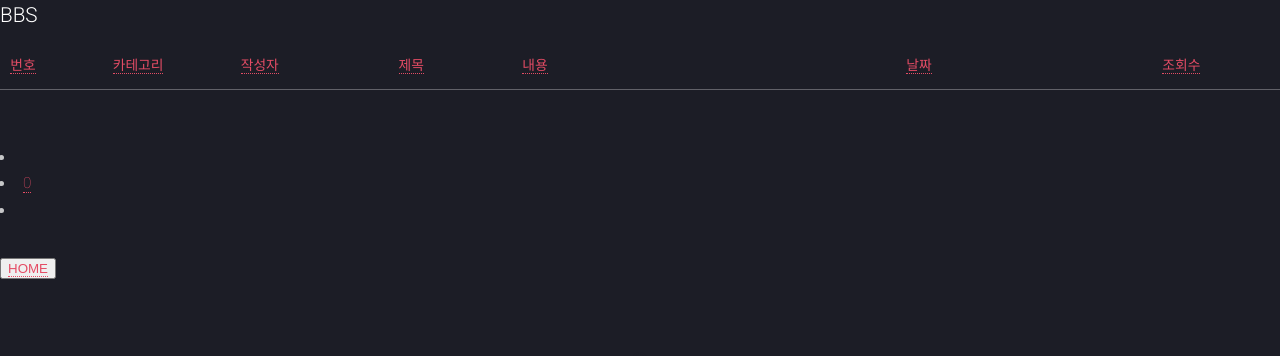
Repository: worMholEamkim/SpringEX
Page: http://localhost/bbs/bbs.do?page=0
An editor plug-in stored every save of this project. The page is shown before and after the next save, followed by the edit.
The browser window is 1280 px wide. The pictures show the whole page.
The page is served by Tomcat 9. Other server files are loaded and not shown. Queries for data that is not in the repository find no rows.

Above is the page before, as saved 2019-03-15 03:14:39.

### JSP_WepPage_Server-master.zip_expanded/JSP_WepPage_Server-master/bbs/WebContent/WEB-INF/bbs.jsp
<%@ page language="java" contentType="text/html; charset=UTF-8"
    pageEncoding="UTF-8"%>
<%@ taglib prefix="c" uri="http://java.sun.com/jsp/jstl/core"%>
<!DOCTYPE HTML>
<html>
	<head>
		<title>Landed by HTML5 UP</title>
		<meta charset="utf-8" />
		<meta name="viewport" content="width=device-width, initial-scale=1, user-scalable=no" />
		<link rel="stylesheet" href="assets/css/main.css" />
	</head>
		<body class="is-preload landing">
						<!-- Table -->
							<section>
								<h3>BBS</h3>
								<div class="table-wrapper">
									<table>
										<thead>
											<tr>
												<th width="8%" align="center">
													<a href='bbs.do?id=BBSID'>번호</a></th>
												<th width="10%" align="center">
													<a href='bbs.do?id=BBSCATEGORY'>카테고리</a></th>
												<th align="center">
													<a href='bbs.do?id=ID'>작성자</a></th>
												<th align="center">
													<a href='bbs.do?id=BBSTITLE'>제목</a></th>
												<th width="30%" align="center">
													<a href='bbs.do?id=BBSCONTENT'>내용</a></th>
												<th width="20%" align="center">
													<a href='bbs.do?id=BBSDATE'>날짜</a></th>
												<th width="10%" align="center">
													<a href='bbs.do?id=BBSHIT'>조회수</a></th>

											</tr>
										</thead>
										<tbody>
											<c:forEach var="bbs" items="${list}" >
												<td align="center"><a href='bbsview.do?id=${bbs.bbsId}'>${bbs.bbsId}</a></td>
												<td align="right"><c:choose>
													<c:when test="${bbs.bbsCategory=='math'}">수학</c:when>
													<c:when test="${bbs.bbsCategory=='enjoy'}">여행</c:when>
													<c:when test="${bbs.bbsCategory=='pic'}">사진</c:when>
													<c:when test="${bbs.bbsCategory=='java'}">java</c:when>
													<c:when test="${bbs.bbsCategory=='web'}">웹프로그래밍</c:when>
													<c:when test="${bbs.bbsCategory=='estate'}">부동산</c:when>
													<c:when test="${bbs.bbsCategory=='food'}">음식</c:when>
													<c:when test="${bbs.bbsCategory=='common'}">상식</c:when>

													</c:choose></td>
												<td align="right">${bbs.id}</td>
												<td align="right"><a href='bbsview.do?id=${bbs.bbsId}'>
														<b>${bbs.bbsTitle}</b> </a></td>
												<td align="right"><a href='bbsview.do?id=${bbs.bbsId}'>
														<b>${bbs.bbsContent} </b></a></td>
												<td align="right">${bbs.bbsDate}</td>
												<td align="right">${bbs.bbsHit}</td>
												</tr>
											</c:forEach>
										</tbody>

										<tfoot>
											<tr>
												<td colspan="2"></td>
											</tr>
										</tfoot>
									</table>
									<ul class="pager">
										<li class="previous">
											<c:if test='${startPage>1}'>
												<!--  test 뒷부분에 조건을 단다  -->
												<a href='bbs.do?page=${startPage-10}'>이전</a>
											</c:if>
										</li>
										<li>
											<c:forEach begin="${startPage}" end="${endPage}" var="p">
												<a href='bbs.do?page=${p}'>${p}</a>
											</c:forEach>
										</li>
										<li class="next">
											<c:if test='${hasNext==true}'>
												<a href='bbs.do?page=${startPage+10}'>다음</a>
											</c:if>
										</li>
									</ul>
								</div>
								<c:if test='${sessionID!=null}'>
									<div class="w3-panel">
										<button class="w3-button w3-block  w3-black">
											<a href='bbsupload2.do'>WRITE</a>
										</button>
									</div>
								</c:if>
								<div class="w3-panel">
									<button class="w3-button w3-block w3-indigo">
										<a href='home.do'>HOME</a>
									</button>
								</div>
								<div align="center">

									<c:if test='${resultBbs >= 1}'>
										<div class="w3-panel">
											<button class="w3-button w3-black" width="10%">
												글쓰기 성공
											</button>
										</div>
									</c:if>
									<c:if test='${resultBbs < 1}'>
										<div class="w3-panel">
											<button class="w3-button w3-red" width="10%">
											 글쓰기 실패
											</button>
										</div>
									</c:if>

									<c:if test='${deleteResult >= 1}'>
										<div class="w3-panel">
											<button class="w3-button w3-black" width="10%">
												글삭제 성공
											</button>
										</div>
									</c:if>
									<c:if test='${deleteResult < 1}'>
										<div class="w3-panel">
											<button class="w3-button w3-red" width="10%">
											 글삭제 실패
											</button>
										</div>
									</c:if>

										<c:if test='${updateBbsResult >= 1}'>
										<div class="w3-panel">
											<button class="w3-button w3-black" width="10%">
												글수정 성공
											</button>
										</div>
									</c:if>
									<c:if test='${updateBbsResult < 1}'>
										<div class="w3-panel">
											<button class="w3-button w3-red" width="10%">
											 글수정 실패
											</button>
										</div>
									</c:if>
								</div>

							</section>








		<!-- Scripts -->
			<script src="assets/js/jquery.min.js"></script>
			<script src="assets/js/jquery.scrolly.min.js"></script>
			<script src="assets/js/jquery.dropotron.min.js"></script>
			<script src="assets/js/jquery.scrollex.min.js"></script>
			<script src="assets/js/browser.min.js"></script>
			<script src="assets/js/breakpoints.min.js"></script>
			<script src="assets/js/util.js"></script>
			<script src="assets/js/main.js"></script>


	</body>
</html>

### JSP_WepPage_Server-master.zip_expanded/JSP_WepPage_Server-master/bbs/src/com/jsp/controller/BbsController.java
package com.jsp.controller;

import java.io.IOException;
import java.util.List;

import javax.servlet.RequestDispatcher;
import javax.servlet.ServletException;
import javax.servlet.http.HttpServlet;
import javax.servlet.http.HttpServletRequest;
import javax.servlet.http.HttpServletResponse;

import com.jsp.dao.BbsDao;
import com.jsp.dto.BbsDto;

public class BbsController extends HttpServlet {

	@Override
	protected void doGet(HttpServletRequest req, HttpServletResponse resp) throws ServletException, IOException {
		process(req, resp);
	}

	@Override
	protected void doPost(HttpServletRequest req, HttpServletResponse resp) throws ServletException, IOException {
		process(req, resp);
	}
	private void process(HttpServletRequest req, HttpServletResponse resp) throws ServletException, IOException {

		String page = req.getParameter("page");
		String bbsColum = req.getParameter("id");

		if(bbsColum==null || bbsColum.trim().contentEquals("")) {
			bbsColum="BBSID";
		}
		if(page==null || page.trim().contentEquals("")) {
			page="1";
		}
		int nowPage = Integer.parseInt(page);

		int startNum = 0;

		int endNum = 0;

		int perpage = 20;

		endNum = 0;
		startNum = endNum - 19;

		BbsDao bbsDao = BbsDao.getInstance();
		List<BbsDto> list = bbsDao.selectAll(startNum, perpage);

		req.setAttribute("list", list);


		RequestDispatcher rd = req.getRequestDispatcher(
				"/WEB-INF/bbs.jsp");
		rd.forward(req, resp);
	}
}

### JSP_WepPage_Server-master.zip_expanded/JSP_WepPage_Server-master/bbs/src/com/jsp/dao/BbsDao.java
package com.jsp.dao;

import java.sql.Connection;
import java.sql.DriverManager;
import java.sql.PreparedStatement;
import java.sql.ResultSet;
import java.sql.SQLException;
import java.util.ArrayList;
import java.util.List;

import com.jsp.dto.BbsDto;

public class BbsDao {

	private static BbsDao bbsDao;
	private Connection conn;
	private PreparedStatement pstmt;
	private int result;
	private ResultSet rs;
	private List<BbsDto> bbsList;


	private BbsDao() {
	}



	public static synchronized BbsDao getInstance() {
		if(bbsDao == null) {
			bbsDao = new BbsDao();
	}
		return bbsDao;
	}
	public Connection getConnect() {
		String url = "jdbc:oracle:thin:@localhost:1521:xe";
		String id = "BIG";
		String pw ="1234";
		try {
			Class.forName("core.log.jdbc.driver.OracleDriver");
			conn = DriverManager.getConnection(url, id, pw);

		} catch(ClassNotFoundException e) {
			e.printStackTrace();
		} catch(SQLException e) {
			e.printStackTrace();
		}
		return conn;
	}

	public BbsDto selectById(String id) {

		// id 확인
		//System.out.println("dao에서 id = " + id);
		BbsDto bbsDto = new BbsDto();
		//System.out.println("왜");
		conn = this.getConnect();
		//System.out.println("에러가난거야 쉬뱌ㅠㅠ");

		StringBuffer query = new StringBuffer();
		query.append("SELECT *");
		query.append(" FROM BBS");
		query.append(" WHERE BBSID=? ");

		try {
			//System.out.println("양심적으로 try문은 들어가야지?");
			pstmt = conn.prepareStatement(query.toString());
			pstmt.setString(1, id);

			//System.out.println("설마 여긴가?");
			rs = pstmt.executeQuery();
			// rs 확인
			//System.out.println("dao에서 " + rs);
			while (rs.next()) {

				bbsDto.setId(rs.getString("ID"));
				bbsDto.setBbsId(rs.getString("BBSID"));
				bbsDto.setBbsTitle(rs.getString("BBSTITLE"));
				bbsDto.setBbsDate(rs.getString("BBSDATE"));
				bbsDto.setBbsCategory(rs.getString("BBSCATEGORY"));
				bbsDto.setBbsContent(rs.getString("BBSCONTENT"));
				bbsDto.setBbsHit(rs.getString("BBSHIT"));
				//System.out.println(bbsDto.toString());
			}
		} catch (SQLException e) {

		} finally {
			this.close(conn, pstmt, null);
		}
		return bbsDto;
	}


	public BbsDto selectBeforeById(String id) {

		BbsDto bbsDto = new BbsDto();
		conn = this.getConnect();
		StringBuffer query = new StringBuffer();

		query.append("SELECT * FROM BBS WHERE BBSID IN ");
		query.append(" ((SELECT MAX(BBSID) FROM BBS ");
		query.append(" WHERE BBSID < ? ))");
		try {
			pstmt = conn.prepareStatement(query.toString());
			pstmt.setString(1, id);
			rs = pstmt.executeQuery();

			while(rs.next()) {
				bbsDto.setId(rs.getString("ID"));
				bbsDto.setBbsId(rs.getString("BBSID"));
				bbsDto.setBbsTitle(rs.getString("BBSTITLE"));
				bbsDto.setBbsDate(rs.getString("BBSDATE"));
				bbsDto.setBbsCategory(rs.getString("BBSCATEGORY"));
				bbsDto.setBbsContent(rs.getString("BBSCONTENT"));
				bbsDto.setBbsHit(rs.getString("BBSHIT"));
			}
		} catch (SQLException e) {

		} finally {
			this.close(conn, pstmt, null);
		}
		return bbsDto;
	}


	public BbsDto selectAfterById(String id) {

		BbsDto	bbsDto = new BbsDto();
		conn = this.getConnect();
		StringBuffer query = new StringBuffer();

		query.append("SELECT * FROM BBS WHERE BBSID IN ");
		query.append(" ((SELECT MIN(BBSID) FROM BBS ");
		query.append(" WHERE BBSID > ? )) ");
		try {
			pstmt = conn.prepareStatement(query.toString());
			pstmt.setString(1, id);
			rs = pstmt.executeQuery();

			while(rs.next()) {
				bbsDto.setId(rs.getString("ID"));
				bbsDto.setBbsId(rs.getString("BBSID"));
				bbsDto.setBbsTitle(rs.getString("BBSTITLE"));
				bbsDto.setBbsDate(rs.getString("BBSDATE"));
				bbsDto.setBbsCategory(rs.getString("BBSCATEGORY"));
				bbsDto.setBbsContent(rs.getString("BBSCONTENT"));
				bbsDto.setBbsHit(rs.getString("BBSHIT"));
			}
		} catch (SQLException e) {

		} finally {
			this.close(conn, pstmt, null);
		}
		return bbsDto;
	}


	public int hitUpdate(String id) {

		conn = this.getConnect();
		StringBuffer query = new StringBuffer();
		query.append("UPDATE BBS SET BBSHIT = BBSHIT +1 WHERE BBSID=?");
			try {
				pstmt = conn.prepareStatement(query.toString());
				pstmt.setString(1, id);
				result = pstmt.executeUpdate();
			} catch(SQLException e1) {
	}
			finally {
				this.close(conn, pstmt, null);
			}
			return result;
	}

	public int hitUpdate(Connection conn, String id) {

			conn = this.getConnect();
			StringBuffer query = new StringBuffer();
			query.append("UPDATE BBS SET BBSHIT = BBSHIT +1 WHERE BBSID=?");
				try {
					pstmt = conn.prepareStatement(query.toString());
					pstmt.setString(1, id);
					result = pstmt.executeUpdate();
				} catch(SQLException e1) {
		}
				finally {
					this.close(conn, pstmt, null);
				}
				return result;
		}



	public int update(BbsDto bbsDto) {

		conn = this.getConnect();
		StringBuffer query = new StringBuffer();
		query.append("UPDATE BBS SET ");
		query.append(" BBTITLE=?, BBSCATEGORY=?, BBSCONTENT=?");
		query.append(" WHERE BBSID=?");
			try {
				pstmt = conn.prepareStatement(query.toString());
				pstmt.setString(1, bbsDto.getBbsTitle());
				pstmt.setString(2, bbsDto.getBbsCategory());
				pstmt.setString(3, bbsDto.getBbsContent());
				pstmt.setString(4, bbsDto.getBbsId());

				result = pstmt.executeUpdate();
			} catch (SQLException e1) {

			} finally {
				this.close(conn, pstmt, null);
			}
			return result;
	}


	public int insert(BbsDto bbsDto) {

		conn = this.getConnect();
		StringBuffer query = new StringBuffer();
		query.append("INSERT INTO BBS(BBSID, ID, BBSTITLE, BBSDATE, BBSCATEGORY, BBSCONTENT, BBSHIT)");
		query.append(" VALUES (bbs_seq.nextval ,? ,? ,sysdate,? ,? ,0 )");

		try {
			pstmt = conn.prepareStatement(query.toString());
			pstmt.setString(1, bbsDto.getId());
			pstmt.setString(2, bbsDto.getBbsTitle());
			pstmt.setString(3, bbsDto.getBbsCategory());
			pstmt.setString(4, bbsDto.getBbsContent());

			result = pstmt.executeUpdate();

		} catch (SQLException e) {
			e.printStackTrace();
		} finally {
			this.close(conn, pstmt, null);
		}
		return result;
	}


	public int insertOracle(BbsDto bbsDto) {

		conn = this.getConnect();
		StringBuffer query = new StringBuffer();
		query.append("INSERT INTO BBS(BBSID, ID, BBSTITLE, BBSDATE, BBSCATEGORY, BBSCONTENT, BBSHIT)");
		query.append(" VALUES(BBS_SEQ.BEXTVAL, ? ,? ,NOW(), ?, ?, 0 )");

		try {
			pstmt = conn.prepareStatement(query.toString());
			pstmt.setString(1,  bbsDto.getId());
			pstmt.setString(2,  bbsDto.getBbsTitle());
			pstmt.setString(3,  bbsDto.getBbsCategory());
			pstmt.setString(4,  bbsDto.getBbsContent());

			result = pstmt.executeUpdate();
		} catch (SQLException e) {
			e.printStackTrace();
		} finally {
			this.close(conn, pstmt, null);
		}
		return result;
	}


	public List<BbsDto> selectAll(int startNum, int perpage) {
		bbsList = new ArrayList<>();
		conn = this.getConnect();
		StringBuffer query = new StringBuffer();
		query.append("SELECT T2.*");
		query.append("	FROM (SELECT ROWNUM R2, T.*");
		query.append("	FROM (SELECT BBSID, ID, substr(BBSTITLE, 1, 10) BBSTITLE, BBSDATE,");
		query.append("BBSCATEGORY, substr(BBSCONTENT, 1, 15) BBSCONTENT, BBSHIT ");
		query.append(" FROM BBS ORDER BY BBSID DESC ) T) T2 ");
		query.append("WHERE T2.R2 BETWEEN ? AND ?");

		try {
			pstmt = conn.prepareStatement(query.toString());
			pstmt.setInt(1, startNum - 1);
			pstmt.setInt(2, perpage);


			rs = pstmt.executeQuery();
			while (rs.next()) {
				BbsDto bbsDto = new BbsDto();

				bbsDto.setId(rs.getString("ID"));
				bbsDto.setBbsId(rs.getString("BBSID"));
				bbsDto.setBbsTitle(rs.getString("BBSTITLE"));
				bbsDto.setBbsDate(rs.getString("BBSDATE"));
				bbsDto.setBbsCategory(rs.getString("BBSCATEGORY"));
				bbsDto.setBbsContent(rs.getString("BBSCONTENT"));
				bbsDto.setBbsHit(rs.getString("BBSHIT"));

				bbsList.add(bbsDto);
			}
			} catch(SQLException e) {
				e.printStackTrace();
		}	return bbsList;
}


	public int delete(int id) {

		conn = this.getConnect();
		StringBuffer query = new StringBuffer();

		try {

			query.append("DELETE FROM BBS");
			query.append(" WHERE BBSID = ?");
			pstmt = conn.prepareStatement(query.toString());
			pstmt.setInt(1,  id);
			int result = pstmt.executeUpdate();

			return result;
		} catch (SQLException e) {
			e.printStackTrace();
		} finally {
			this.close(conn, pstmt, null);
		}
		return -1;
	}



	public int getTotalCount() {

		conn = this.getConnect();
		StringBuffer query = new StringBuffer();
		query.append("SELECT count(*)");
		query.append(" FROM BBS");

		try {
			pstmt = conn.prepareStatement(query.toString());
			rs = pstmt.executeQuery();

			if(rs.next()) {
				return rs.getInt("count(*)");
			}
		} catch (SQLException e) {
			e.printStackTrace();
		} finally {
			this.close(conn, pstmt, rs);
		}
		return -1;
	}


	public void close(Connection conn, PreparedStatement stmt, ResultSet rs) {
		if (rs != null) {
			try {
				rs.close();
			} catch (SQLException e) {
			}
		}
		if (stmt != null) {
			try {
				stmt.close();
			} catch (SQLException e) {
			}
		}
		if (conn != null) {
			try {
				conn.close();
			} catch (SQLException e) {
			}
		}
	}

	public static void main(String[] args) {
		BbsDao mDao = BbsDao.getInstance();
	}


}

Loaded but not shown: JSP_WepPage_Server-master.zip_expanded/JSP_WepPage_Server-master/bbs/WebContent/assets/js/jquery.min.js (library); JSP_WepPage_Server-master.zip_expanded/JSP_WepPage_Server-master/bbs/WebContent/assets/js/jquery.scrolly.min.js (common file); JSP_WepPage_Server-master.zip_expanded/JSP_WepPage_Server-master/bbs/WebContent/assets/js/jquery.dropotron.min.js (library); JSP_WepPage_Server-master.zip_expanded/JSP_WepPage_Server-master/bbs/WebContent/assets/js/jquery.scrollex.min.js (common file); JSP_WepPage_Server-master.zip_expanded/JSP_WepPage_Server-master/bbs/WebContent/assets/js/browser.min.js (common file); JSP_WepPage_Server-master.zip_expanded/JSP_WepPage_Server-master/bbs/WebContent/assets/js/breakpoints.min.js (common file); JSP_WepPage_Server-master.zip_expanded/JSP_WepPage_Server-master/bbs/WebContent/assets/css/font-awesome.min.css (library); JSP_WepPage_Server-master.zip_expanded/JSP_WepPage_Server-master/bbs/WebContent/assets/js/util.js (587 lines, source omitted); JSP_WepPage_Server-master.zip_expanded/JSP_WepPage_Server-master/bbs/WebContent/assets/js/main.js (250 lines, source omitted); JSP_WepPage_Server-master.zip_expanded/JSP_WepPage_Server-master/bbs/WebContent/assets/css/main.css (4070 lines, source omitted)

After the next save:
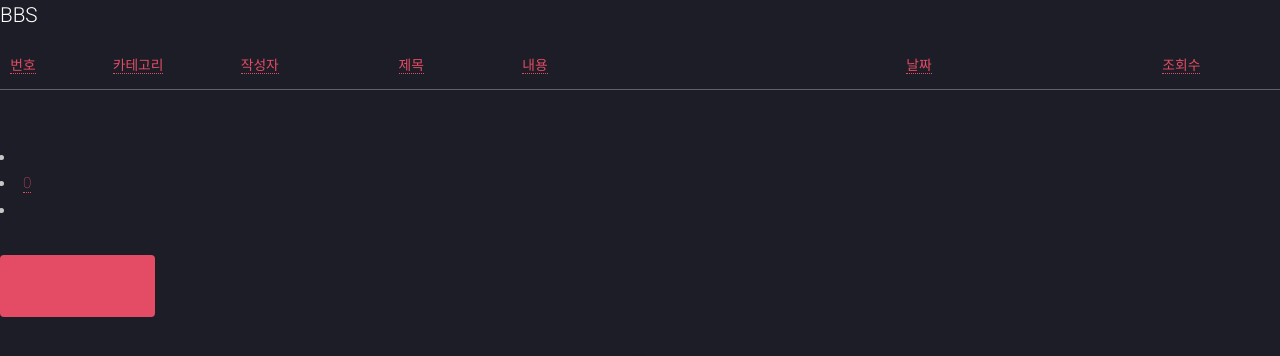
Saved 35 s later.
--- a/JSP_WepPage_Server-master.zip_expanded/JSP_WepPage_Server-master/bbs/WebContent/WEB-INF/bbs.jsp
+++ b/JSP_WepPage_Server-master.zip_expanded/JSP_WepPage_Server-master/bbs/WebContent/WEB-INF/bbs.jsp
@@ -86,13 +86,13 @@
 								</div>
 								<c:if test='${sessionID!=null}'>
 									<div class="w3-panel">
-										<button class="w3-button w3-block  w3-black">
+										<button class="button primary large">
 											<a href='bbsupload2.do'>WRITE</a>
 										</button>
 									</div>
 								</c:if>
 								<div class="w3-panel">
-									<button class="w3-button w3-block w3-indigo">
+									<button class="button primary large">
 										<a href='home.do'>HOME</a>
 									</button>
 								</div>
